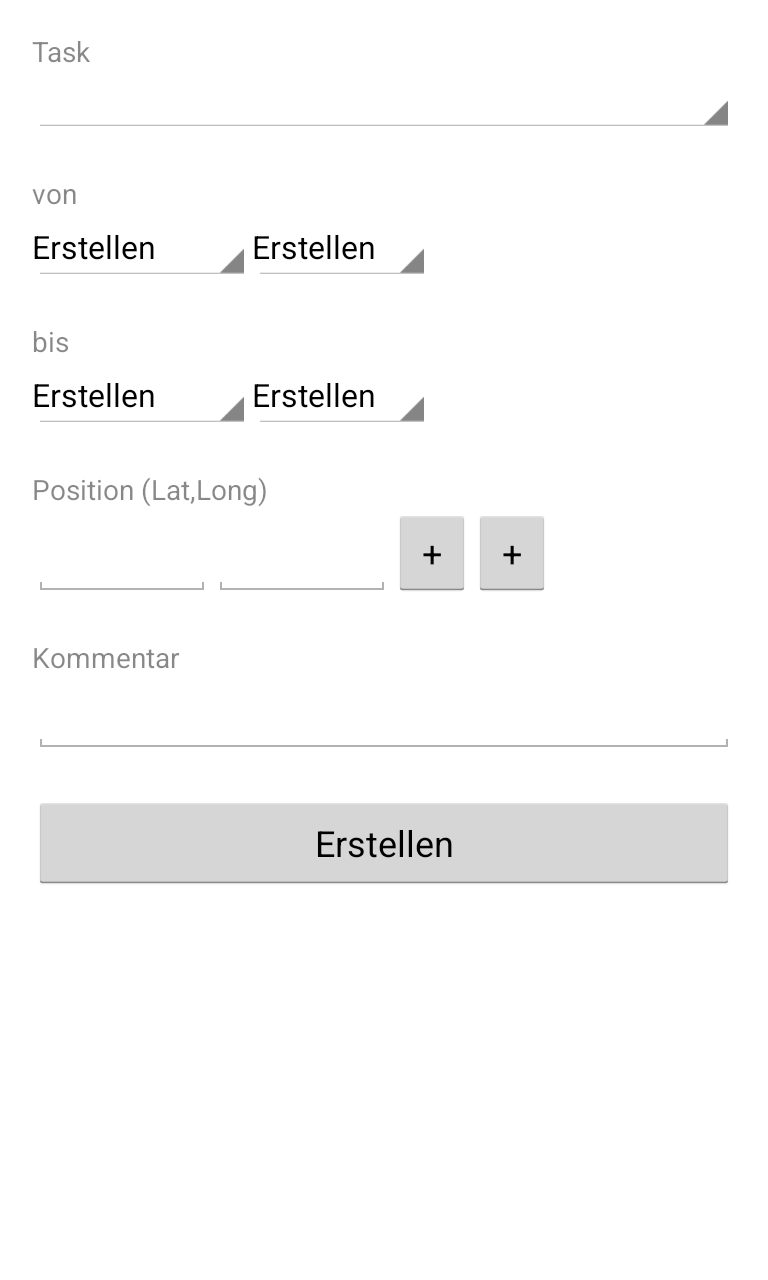
Repository: floriandrs/ttracker
Layout: TTracker/res/layout/activity_create_new_track.xml
An editor plug-in stored every save of this project. The layout is shown before and after the next save, followed by the edit.
It is drawn on a 768 x 1280 px phone screen (xhdpi) without system bars, with theme AppTheme; the app's code is not run.

Above is the layout before, as saved 2015-02-25 19:45:26.

### TTracker/res/layout/activity_create_new_track.xml
<RelativeLayout xmlns:android="http://schemas.android.com/apk/res/android"
    xmlns:tools="http://schemas.android.com/tools"
    android:layout_width="match_parent"
    android:layout_height="match_parent"
    android:paddingBottom="@dimen/activity_vertical_margin"
    android:paddingLeft="@dimen/activity_horizontal_margin"
    android:paddingRight="@dimen/activity_horizontal_margin"
    android:paddingTop="@dimen/activity_vertical_margin"
    tools:context="com.slart.ttracker.activitiy.EditTrackActivity" >

    <TextView
        android:id="@+id/trackLabel"
        android:text="@string/track"
        style="@style/FormLabel"
        android:layout_marginTop="0dp" />

    <Spinner
        android:id="@+id/track"
        android:layout_width="match_parent"
        android:layout_height="wrap_content"
        android:layout_below="@id/trackLabel" />

    <TextView
        android:id="@+id/startLabel"
        android:layout_below="@id/track"
        android:text="@string/from"
        style="@style/FormLabel" />

    <Button
        android:id="@+id/startDate"
        android:layout_width="110dp"
        android:layout_height="35dp"
        android:layout_below="@id/startLabel"
        style="?android:attr/spinnerStyle"
        android:text="@string/create"
        android:onClick="setStartDate" />

    <Button
        android:id="@+id/startTime"
        android:layout_width="90dp"
        android:layout_height="35dp"
        android:layout_below="@id/startLabel"
        android:layout_toRightOf="@id/startDate"
        style="?android:attr/spinnerStyle"
        android:text="@string/create"
        android:onClick="setStartTime" />

    <TextView
        android:id="@+id/endLabel"
        android:layout_below="@id/startTime"
        android:text="@string/to"
        style="@style/FormLabel" />


    <Button
        android:id="@+id/endDate"
        android:layout_width="110dp"
        android:layout_height="35dp"
        android:layout_below="@id/endLabel"
        style="?android:attr/spinnerStyle"
        android:text="@string/create"
        android:onClick="setEndDate" />

    <Button
        android:id="@+id/endTime"
        android:layout_width="90dp"
        android:layout_height="35dp"
        android:layout_below="@id/endLabel"
        android:layout_toRightOf="@id/endDate"
        style="?android:attr/spinnerStyle"
        android:text="@string/create"
        android:onClick="setEndTime" />

    <TextView
        android:id="@+id/locationLabel"
        android:layout_below="@id/endTime"
        android:text="@string/location"
        style="@style/FormLabel" />

    <EditText
        android:id="@+id/lat"
        android:layout_width="90dp"
        android:layout_height="45dp"
        android:layout_below="@id/locationLabel" />

    <EditText
        android:id="@+id/lon"
        android:layout_width="90dp"
        android:layout_height="45dp"
        android:layout_below="@id/locationLabel"
        android:layout_toRightOf="@id/lat" />

    <Button
        android:id="@+id/locationButton"
        android:layout_width="40dp"
        android:layout_height="45dp"
        android:layout_below="@id/locationLabel"
        android:text="@string/location_update"
        android:onClick="onLocationUpdateButtonClick"
        android:layout_toRightOf="@id/lon" />

    <Button
        android:id="@+id/georefButton"
        android:layout_width="40dp"
        android:layout_height="45dp"
        android:layout_below="@id/locationLabel"
        android:text="@string/location_update"
        android:onClick="onGeorefButtonClick"
        android:layout_toRightOf="@id/locationButton" />

    <TextView
        android:id="@+id/commentLabel"
        android:layout_below="@id/locationButton"
        android:text="@string/comment"
        style="@style/FormLabel" />

    <EditText
        android:id="@+id/comment"
        android:layout_below="@id/commentLabel"
        style="@style/FormWidthHeight" />

	<Button
        android:id="@+id/enter"
		android:layout_alignParentRight="true"
        android:layout_below="@id/comment"
        style="@style/FormTopMargin"
        android:text="@string/create"
        android:onClick="onCreateNewTrack" />


</RelativeLayout>

### TTracker/res/values/styles.xml
<resources>

    <!--
        Base application theme, dependent on API level. This theme is replaced
        by AppBaseTheme from res/values-vXX/styles.xml on newer devices.
    -->
    <style name="AppBaseTheme" parent="android:Theme.Light">
        <!--
            Theme customizations available in newer API levels can go in
            res/values-vXX/styles.xml, while customizations related to
            backward-compatibility can go here.
        -->
    </style>

    <!-- Application theme. -->
    <style name="AppTheme" parent="AppBaseTheme">
        <!-- All customizations that are NOT specific to a particular API-level can go here. -->
    </style>


    <style name="FormWidthHeight">
        <item name="android:layout_width">match_parent</item>
        <item name="android:layout_height">wrap_content</item>
    </style>

    <style name="FormTopMargin" parent="@style/FormWidthHeight">
        <item name="android:layout_marginTop">20dp</item>
    </style>

    <style name="FormLabel" parent="@style/FormTopMargin">
        <item name="android:textColor">#77000000</item>
        <item name="android:textSize">14dp</item>
    </style>

</resources>

### TTracker/res/values/strings.xml
<?xml version="1.0" encoding="utf-8"?>
<resources>

    <string name="app_name">TTracker</string>
    <string name="action_settings">Settings</string>
    <string name="hello_world">Hello world!</string>
    <string name="hello_blank_fragment">Hello blank fragment</string>
    <string name="title_activity_view_all_tracks">ViewAllTracksActivity</string>
    <string name="title_activity_edit_track">Neue Aktivitaet anlegen</string>
    <string name="title_activity_stats">StatsActivity</string>
    <string name="title_activity_stats_simple">StatsSimple</string>
    <string name="title_activity_stats_average">StatsAverageActivity</string>
    <string name="main_open_create_new_track_label">Start new</string>
    <string name="open_view_all">Track-Liste öffnen</string>
    <string name="open_time_filter_stats">Tracks pro Zeitraum</string>
    <string name="open_activity_stats">Analyse</string>
    <string name="open_activity_stats_simple">Summen pro Kategorie</string>
    <string name="open_activity_stats_average">Durchschnitt pro Kategorie</string>
    <string name="open_activity_view_all_categories">Kategorien verwalten</string>
    <string name="open_create_new_track">Neuen Track starten</string>
    <string name="close_current_track">Aktiven Track stoppen</string>
    <string name="update_current_track">Aktiven Track editieren</string>
    <string name="current_track_label">Aktiver Track:</string>
    <string name="create">Erstellen</string>
    <string name="created_category">Neue Kategorie wurde erstellt: </string>
    <string name="category_already_exists">Kategorie existiert bereits: </string>
    <string name="add">Hinzufügen</string>
    <string name="delete">Löschen</string>
    <string name="update">Aktualisieren</string>
    <string name="location_update">+</string>
    <string name="now">jetzt</string>
    <string name="today">heute</string>
    <string name="since">seit</string>
    <string name="empty">-</string>
    <string name="none">Kein aktiver Track</string>
    <string name="location">Position (Lat,Long)</string>
    <string name="comment">Kommentar</string>
    <string name="track">Task</string>
    <string name="from">von</string>
    <string name="to">bis</string>
    <string name="started_new_track">Neuer Track gestartet:</string>
    <string name="updated_track">Track aktualisiert:</string>
    <string name="update_track">Bearbeiten</string>
    <string name="delete_track">Löschen</string>
    <string name="export_track_to_calendar">Export an Kalender</string>
    <string name="view_track_in_map">In Karte ansehen</string>

    <string name="no_network">Keine Netzwerkverbindung!</string>
    <string name="address_lookup_start">Adresse wird georeferenziert...</string>
    <string name="lat_or_lon_must_be_set">Lat und Lon müssen ausgefüllt sein</string>
    <string name="address_lookup_finish">Adresse gefunden</string>
    <string name="invalid_geocoding_result">Adresse konnte nicht verarbeitet werden</string>
    <string name="web_error">Fehler beim laden der Seite</string>

    <string name="category_name">Kategorie-Name</string>

    <string-array name="tracks_array">
        <item>Programmieren</item>
        <item>Meeting</item>
        <item>Testing</item>
    </string-array>

    <string name="title_activity_edit_categories">EditCategoriesActivity</string>
    <string name="title_activity_edit_category">EditCategoryActivity</string>
    <string name="title_activity_view_all_categories">ViewAllCategoriesActivity</string>

</resources>

Loaded but not shown: TTracker/res/values-v11/styles.xml (common file); TTracker/res/values-v14/styles.xml (common file); TTracker/res/values/dimens.xml (common file); TTracker/res/values-w820dp/dimens.xml (common file)

After the next save:
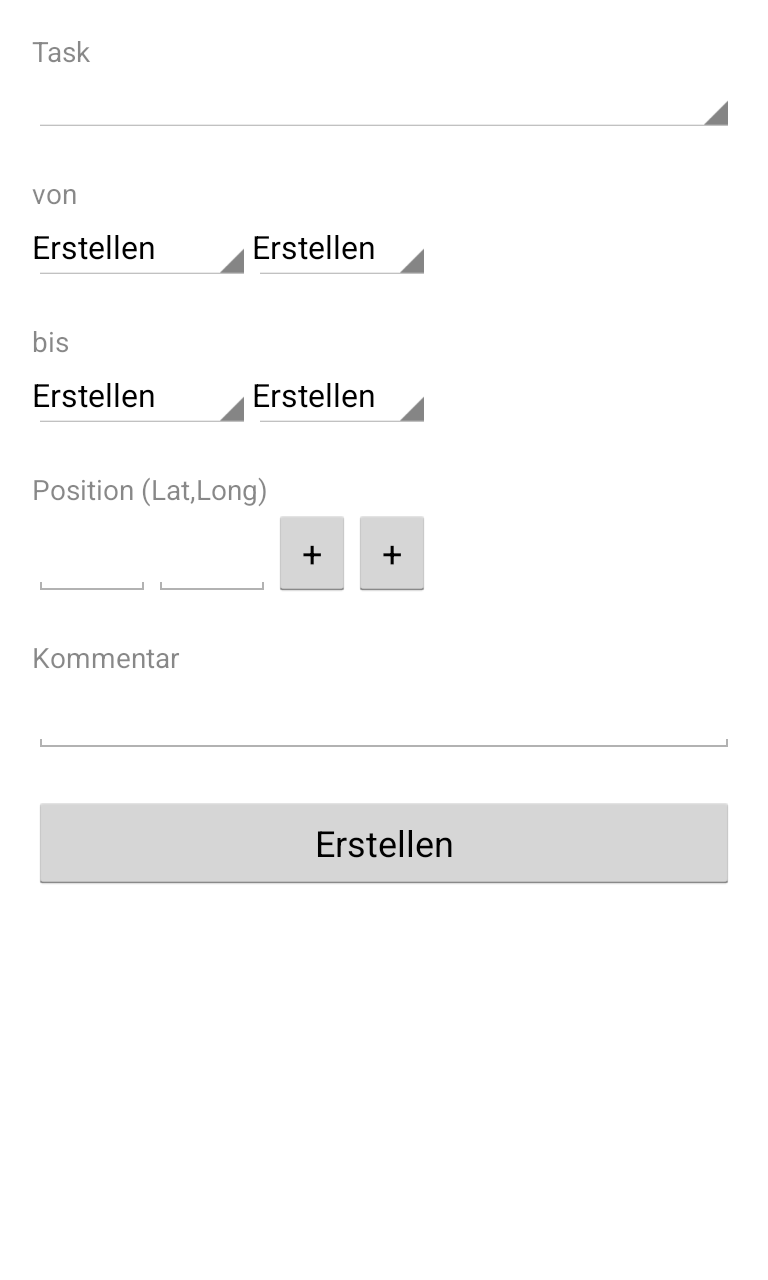
Saved 113 s later.
--- a/TTracker/res/layout/activity_create_new_track.xml
+++ b/TTracker/res/layout/activity_create_new_track.xml
@@ -79,13 +79,13 @@
 
     <EditText
         android:id="@+id/lat"
-        android:layout_width="90dp"
+        android:layout_width="60dp"
         android:layout_height="45dp"
         android:layout_below="@id/locationLabel" />
 
     <EditText
         android:id="@+id/lon"
-        android:layout_width="90dp"
+        android:layout_width="60dp"
         android:layout_height="45dp"
         android:layout_below="@id/locationLabel"
         android:layout_toRightOf="@id/lat" />
